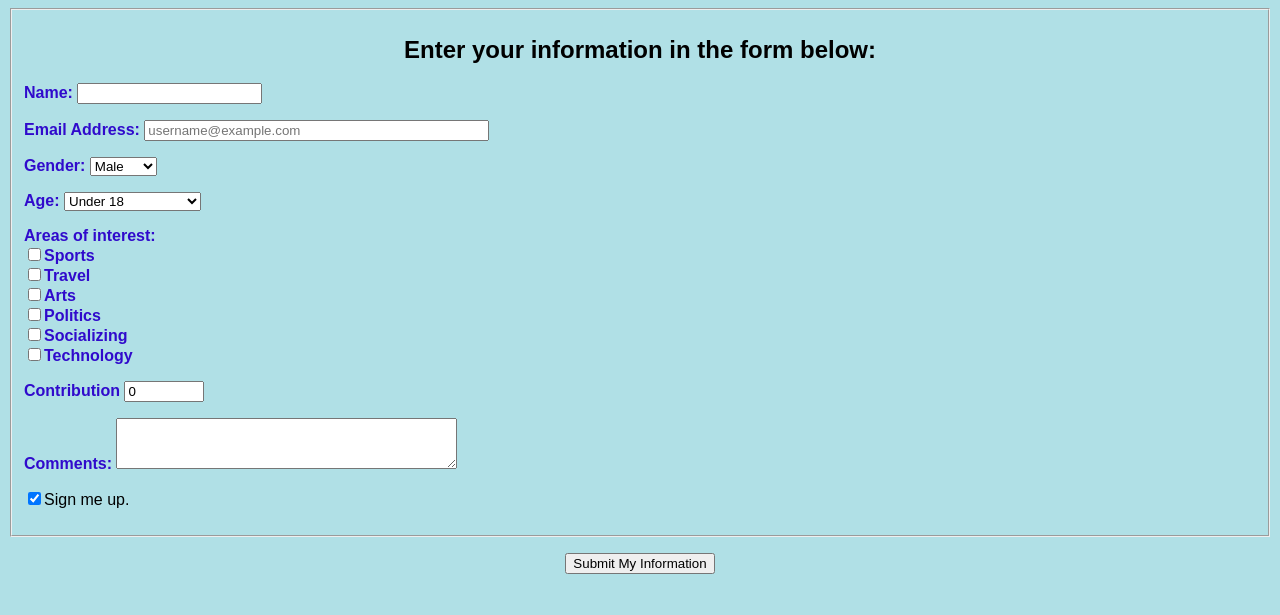
Repository: oduong1/COSW30
Page: homework/hw2/contact.html
The author's editor kept a record of every edit. The page is drawn from the files as they stood at one moment, then again after the next edit.
The browser window is 1280 px wide. The pictures show the whole page.
Some web fonts or font styles are not loaded; a fallback is used.

Above is the page before.

After the next edit:
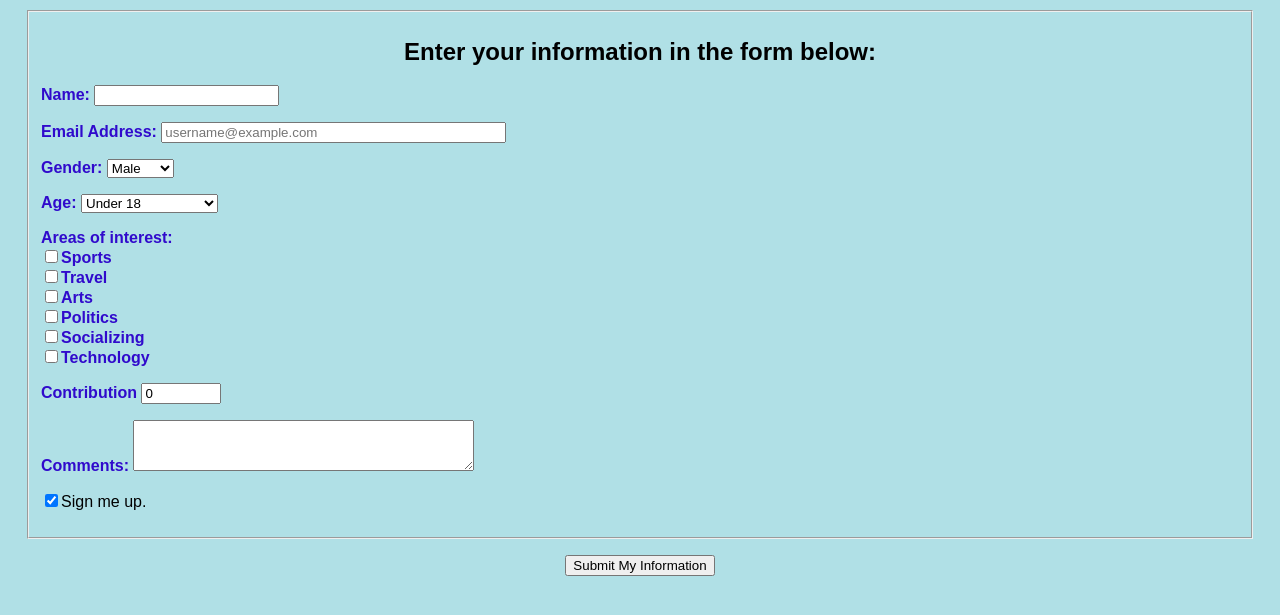
The edit:
--- a/homework/hw2/contact.html
+++ b/homework/hw2/contact.html
@@ -7,6 +7,8 @@
 	<style type="text/css">
 	body {
 		font-family: 'Gayathri', sans-serif;
+		margin: 10px 25px;
+		text-align: left;
 	}
 	label {
 		font-weight: bold;
